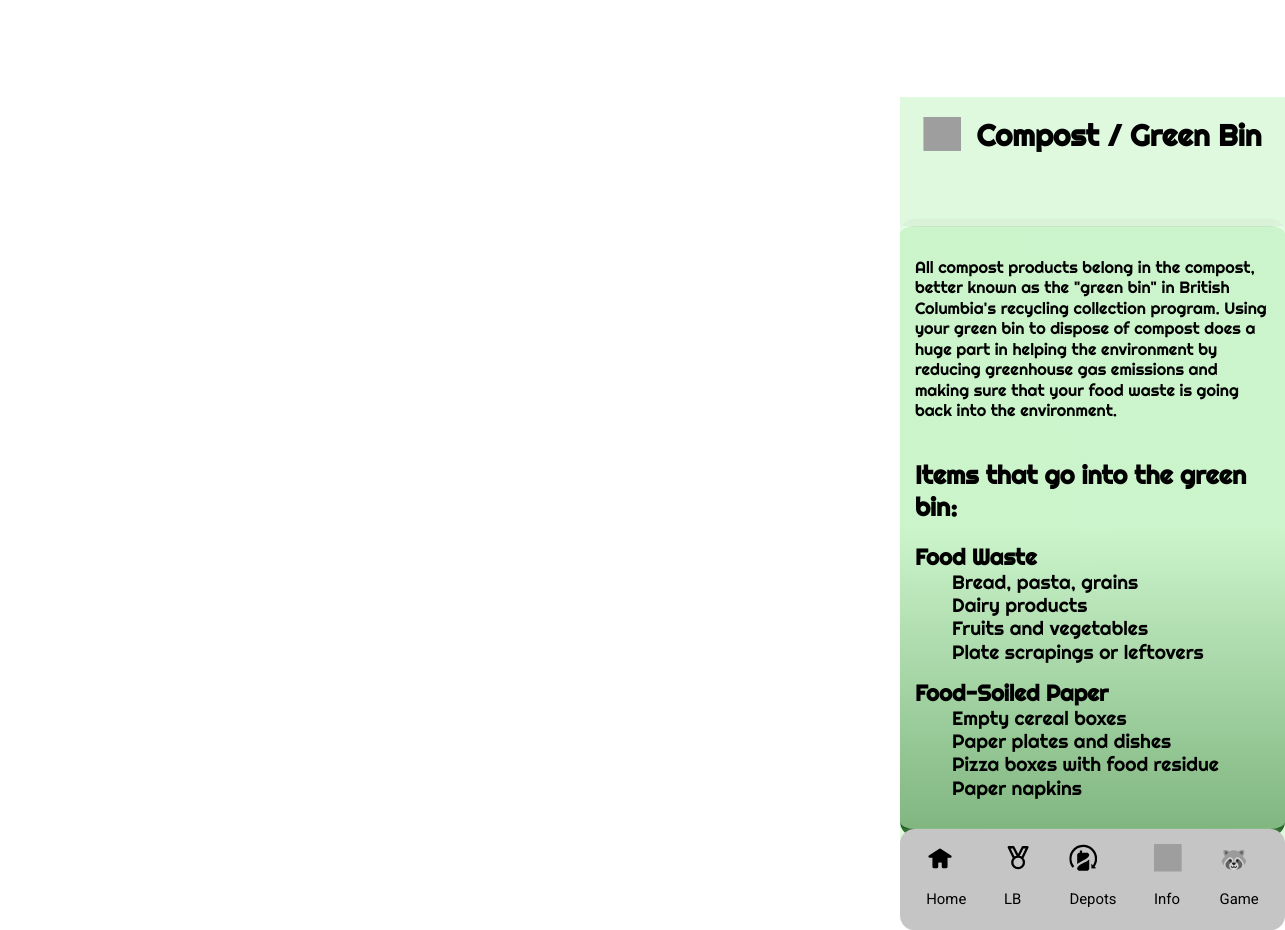
Repository: alemunden/Trash-Scavengers
Page: /InfoCompost
An editor plug-in stored every save of this project. The page is shown before and after the next save, followed by the edit.
The browser window is 1280 px wide. The page is 1382 px wide, so the pictures cover 1382 px, including what lies to the right of the window. The pictures show the whole page, at 93% of full size.
Pictures or frames that could not be fetched are drawn as grey boxes. The project was rebuilt for these pictures with package versions that can differ from the ones it lists, and the page was loaded fresh each time. The framework's server and built-in components were replaced by stand-ins that run in the browser. Also part of the build but not shown: next.config.mjs.

Above is the page before, as saved 2024-05-07 15:49:46.

After the next save:
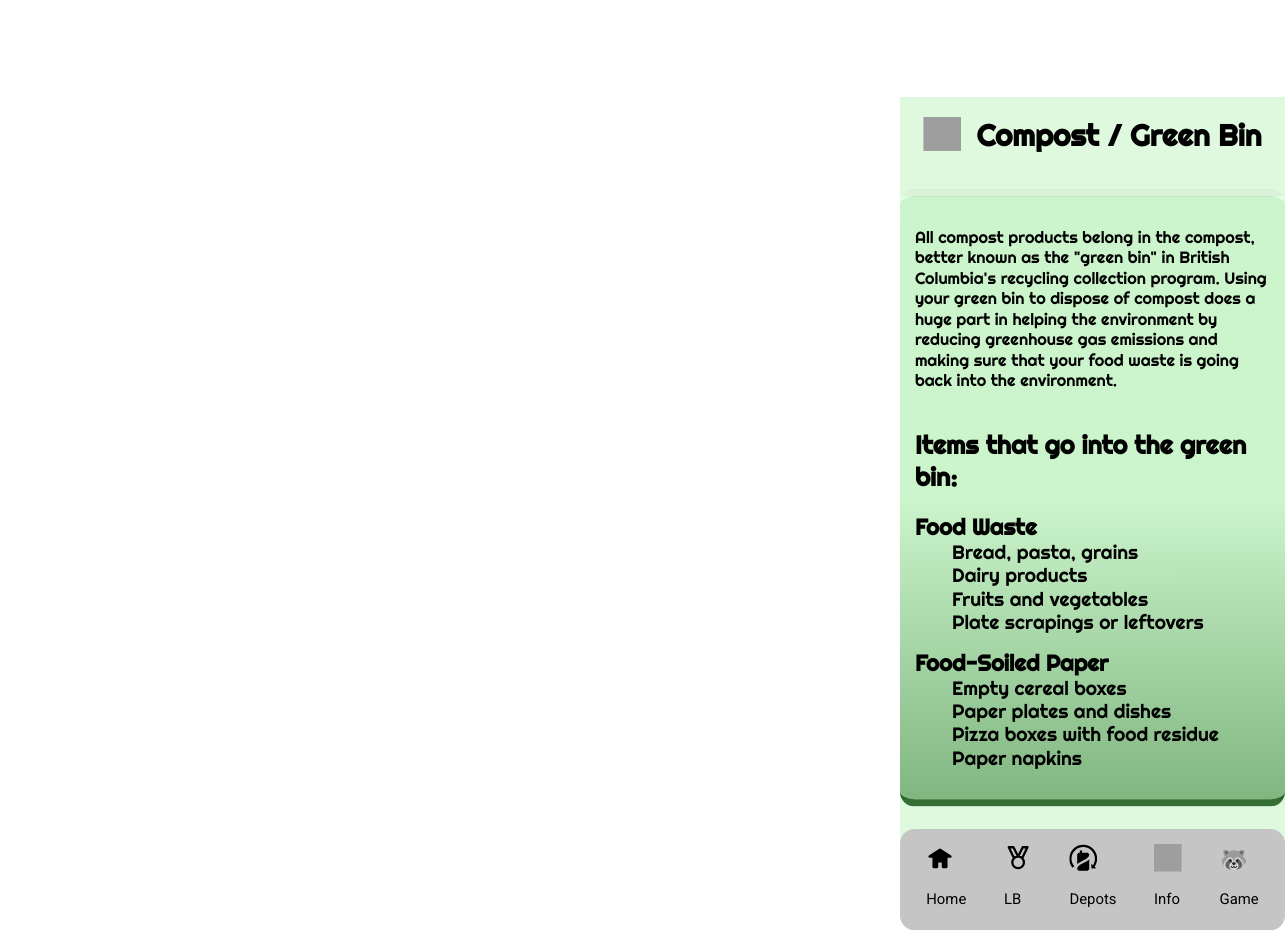
Saved 5 s later.
--- a/styles/InfoCompost.module.css
+++ b/styles/InfoCompost.module.css
@@ -17,7 +17,7 @@
     justify-content: space-between;
     align-items: center;
     gap: 1rem;
-    margin-bottom: 3rem;
+    margin-bottom: 1rem;
 }
 
 .textContainer {
